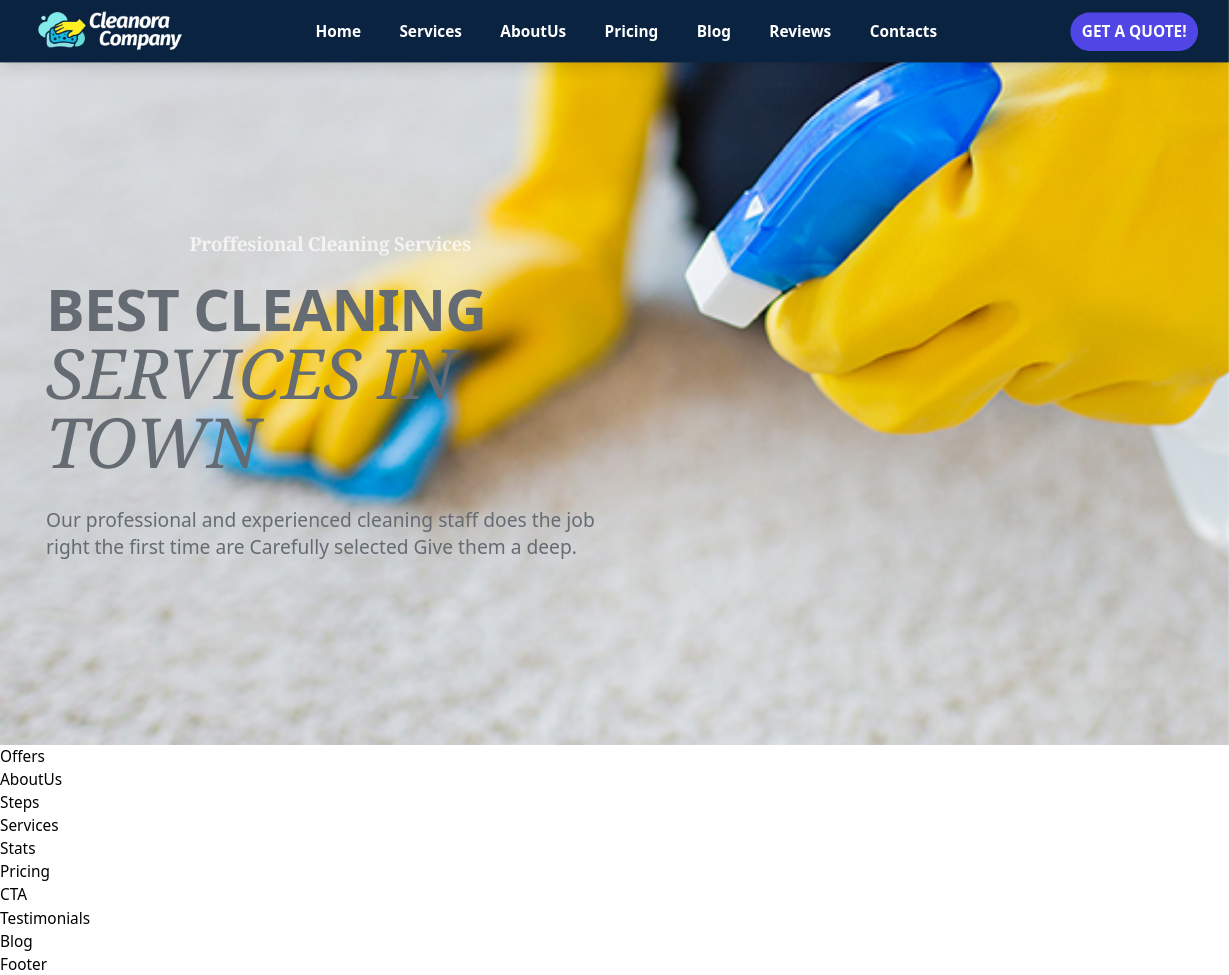
Repository: remydev47/cleonara
Page: /
These files come from the project's save history. The page is drawn as it stood at one moment and after the next save; the edit follows.
The browser window is 1280 px wide. The pictures show the whole page, at 96% of full size.
The project was rebuilt for these pictures with package versions that can differ from the ones it lists, and the page was loaded fresh each time. The framework's server and built-in components were replaced by stand-ins that run in the browser. Also part of the build but not shown: next.config.js.

Above is the page before, as saved 2022-11-01 12:41:55.

After the next save:
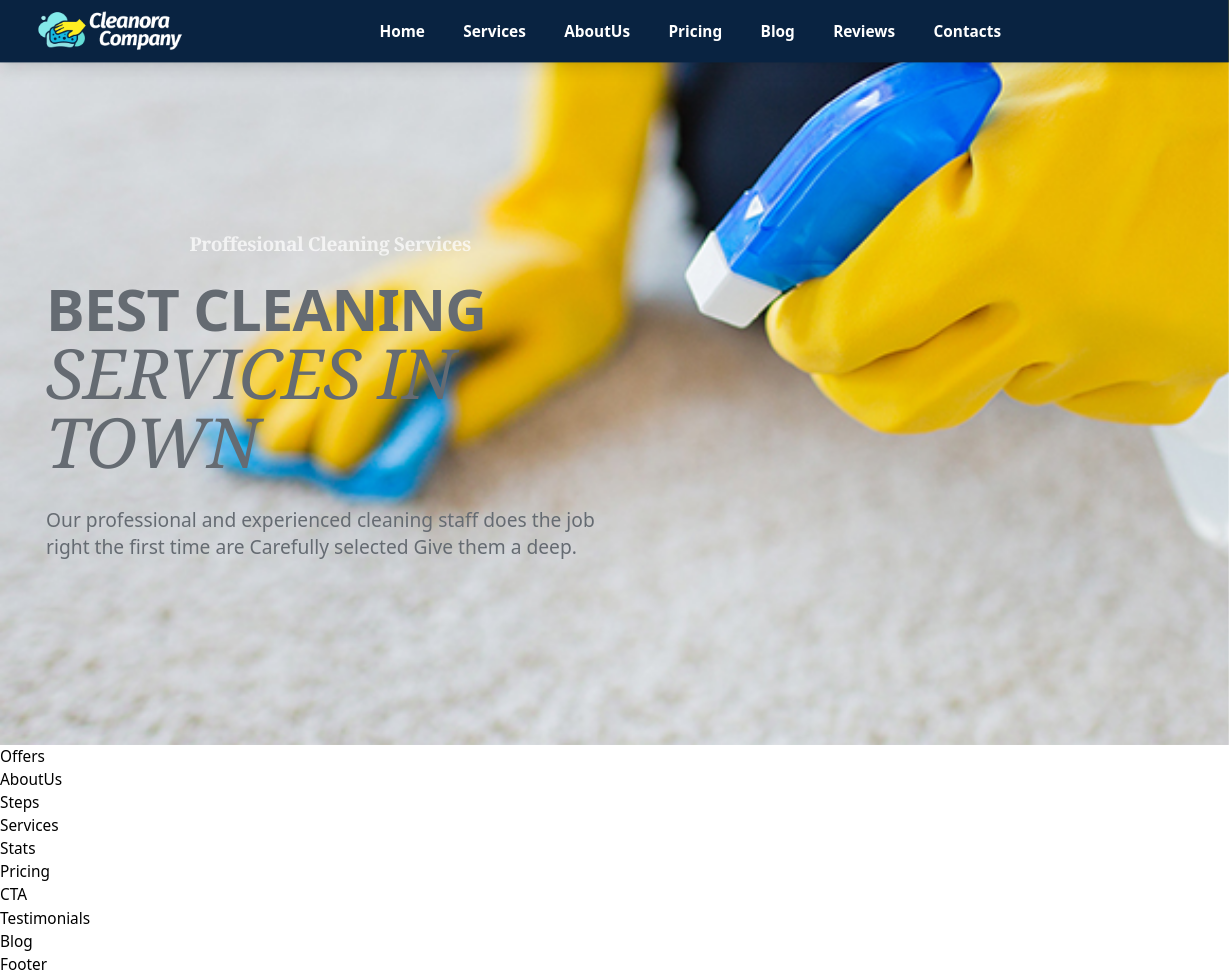
Saved 55 s later.
--- a/components/Header.tsx
+++ b/components/Header.tsx
@@ -31,7 +31,7 @@
             ))}
            </ul>
 
-          <div>
+          <div className='sm:hidden'>
             <Button variant='solid'>
               GET A QUOTE!
             </Button>

After the 2 saves that followed:
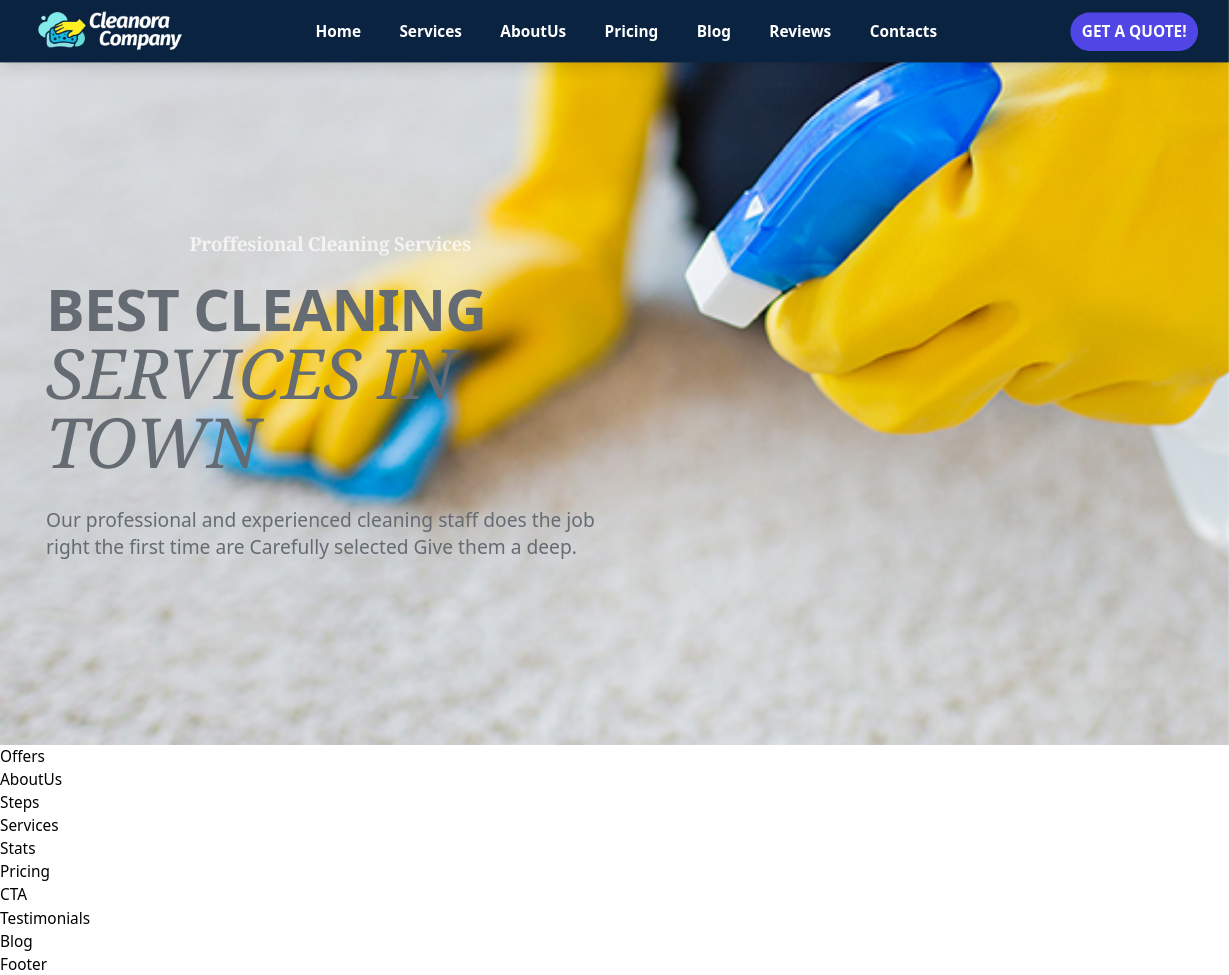
The 2 saves are shown as one change because 1 left the picture as it was.
The last was saved 71 s later.
--- a/components/Header.tsx
+++ b/components/Header.tsx
@@ -31,7 +31,7 @@
             ))}
            </ul>
 
-          <div className='sm:hidden'>
+          <div className='sm:flex hidden'>
             <Button variant='solid'>
               GET A QUOTE!
             </Button>
